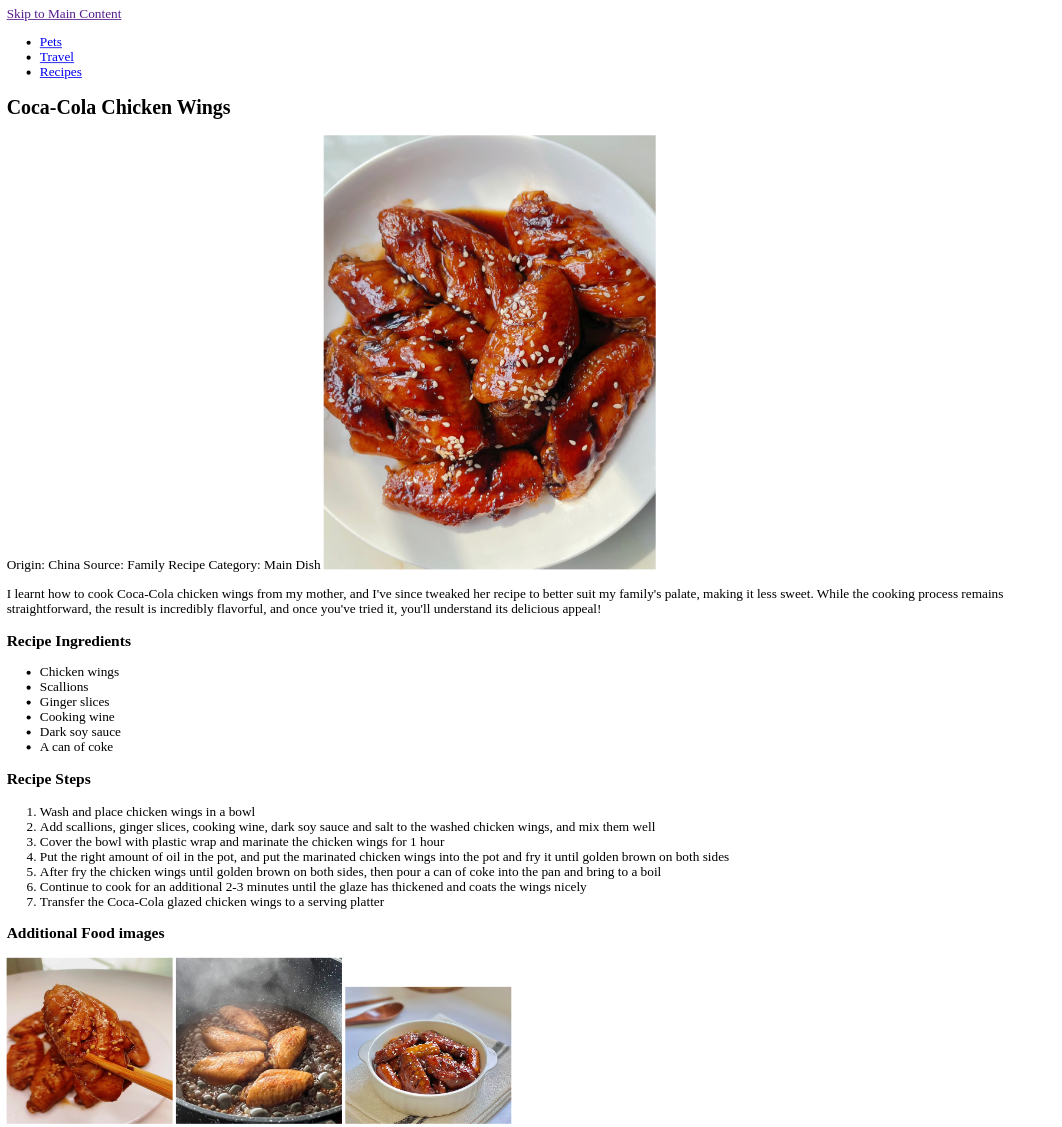
Repository: lulyany/starter_html
Page: recipes.html
These files come from the project's save history. The page is drawn as it stood at one moment and after a run of saves; the edit follows.
The browser window is 1280 px wide. The pictures show the part of the page from y = 0 to 1358 px (the page is 2469 px tall), at 83% of full size.
A picture or video elsewhere on the page could not be fetched, so the positions and the page height are approximate.

Above is the page before, as saved 2023-09-16 00:45:03.

### recipes.html
<!DOCTYPE html>
<html lang="en">
<head>
    <meta charset="UTF-8">
    <meta name="viewport" content="width=device-width, initial-scale=1.0">
    <title>Recipes</title>
</head>
<body>
    <header>
        <a href="">Skip to Main Content</a>
        <nav>
            <ul>
                <li>
                    <a href="index.html">Pets</a>
                </li>
                <li>
                    <a href="travel.html">Travel</a>
                </li>
                <li>
                    <a href="recipes.html">Recipes</a>
                </li>
            </ul>
        </nav>
        </header>

    <main>
        <div>
            <h2>Coca-Cola Chicken Wings</h2>
            <span>Origin: China</span>
            <span>Source: Family Recipe</span>
            <span>Category: Main Dish</span>

            <img src="images/coca_cola_chicken_wings.jpg" width = "400" alt="Chicken wings.">
            <p>I learnt how to cook Coca-Cola chicken wings from my mother, and I've since tweaked her recipe to better suit my family's palate, making it less sweet. While the cooking process remains straightforward, the result is incredibly flavorful, and once you've tried it, you'll understand its delicious appeal!</p>
            <h3>Recipe Ingredients</h3>
            <ul>
                <li>Chicken wings</li>
                <li>Scallions</li>
                <li>Ginger slices</li>
                <li>Cooking wine</li>
                <li>Dark soy sauce</li>
                <li>A can of coke</li>
            </ul>

            <h3>Recipe Steps</h3>
            <ol>
                <li>Wash and place chicken wings in a bowl</li>
                <li>Add scallions, ginger slices, cooking wine, dark soy sauce and salt to the washed chicken wings, and mix them well</li>
                <li>Cover the bowl with plastic wrap and marinate the chicken wings for 1 hour</li>
                <li>Put the right amount of oil in the pot, and put the marinated chicken wings into the pot and fry it until golden brown on both sides</li>
                <li>After fry the chicken wings until golden brown on both sides, then pour a can of coke into the pan and bring to a boil</li>
                <li>Continue to cook for an additional 2-3 minutes until the glaze has thickened and coats the wings nicely</li>
                <li>Transfer the Coca-Cola glazed chicken wings to a serving platter</li>
            </ol>

            <h3>Additional Food images</h3>
            <img src="images/chicken_wings_chopsticks.jpg" width = "200" height="200" alt="A chicken wing picked up by chopsticks">
            <img src="images/boils_in_coke.jpg" width = "200" height="200" alt="Chicken wings boiled in coke">
            <img src="images/chicken-wings_and_rice_cake.jpg" width = "200" alt="Coca-cola chicken wings served with rice cake">

        </div>

        <div>

        </div>

    <div>
        <h2>Double Chocolate Cookies</h2>
        <span>Origin: Michigan</span>
        <span>Source: Family Recipe</span>
        <span>Category: Dessert</span>

        <img src="images/double_chocolate_cookies.png" width = "400" alt="">
        <p>My daughter learned to make these cookies at a baking camp at Zingermanns and has tweaked the recipe to fit the taste buds of her siblings.  They are extremely sugary so the salt helps to balance it.  Note, these cookies are best eaten very quickly.</p>
        <h3>Recipe Ingredients</h3>
        <ul>
            <li>Unsalted butter</li>
            <li>Granulated Sugar</li>
            <li>Packed light or dark brown sugar</li>
            <li>Large egg</li>
            <li>Pure vanilla extract</li>
            <li>Semi-sweet chocolate chunks (melted)</li>
            <li>All-purpose flour</li>
            <li>Natural unsweetened cocoa powder</li>
            <li>Baking soda</li>
            <li>Salt</li>
            <li>Semi-sweet chocolate chunks</li>
        </ul>

        <h3>Recipe Steps</h3>
        <ol>
            <li>In a mixing bowl cream together the butter, granulated sugar, and brown sugar</li>
            <li>Add the egg and vanilla extract and beat well</li>
            <li>Add the melted chocolate</li>
            <li>In a separate bowl combine the flour, baking soda, cocoa powder and salt</li>
            <li>Combine the wet and dry ingredients</li>
            <li>Add the unmelted chocolate chunks.</li>
            <li>Form 15 cookies and place on a baking sheet.</li>
            <li>Cook for 12 to 13 minutes at 350 degrees.</li>
        </ol>

        <h3>Additional Food images</h3>
        <img src="images/double_chocolate_chips.png" width = "200" alt="A small pile of chocolate chips">
        <img src="https://images.immediate.co.uk/production/volatile/sites/30/2020/08/chocolate-d9ba778.jpg?quality=90&webp=true&resize=600,545" width = "200" alt="Chocolate melting in a boiler">
        <img src="https://upload.wikimedia.org/wikipedia/commons/8/82/Brown_sugar_examples.JPG" width = "200" alt="Brown sugar in three different shades of darkness">

        <!-- Colleen van Lent -->

    </div>

    </main>
</body>
</html>

After the next 4 saves:
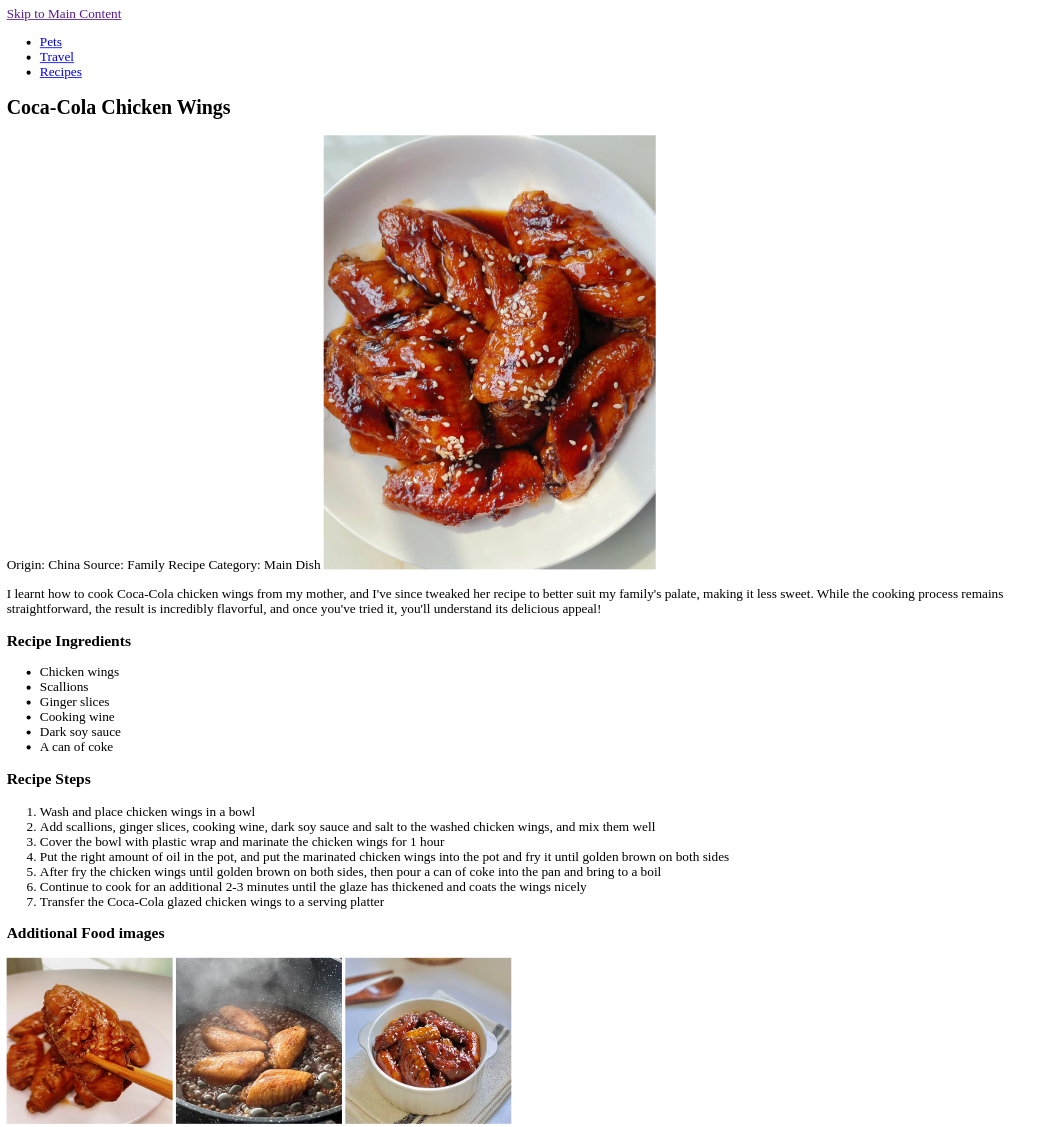
The 4 saves are shown as one change because they came seconds apart.
The last was saved 10 s later.
--- a/recipes.html
+++ b/recipes.html
@@ -56,7 +56,7 @@
             <h3>Additional Food images</h3>
             <img src="images/chicken_wings_chopsticks.jpg" width = "200" height="200" alt="A chicken wing picked up by chopsticks">
             <img src="images/boils_in_coke.jpg" width = "200" height="200" alt="Chicken wings boiled in coke">
-            <img src="images/chicken-wings_and_rice_cake.jpg" width = "200" alt="Coca-cola chicken wings served with rice cake">
+            <img src="images/chicken-wings_and_rice_cake.jpg" width = "200" height="200" alt="Coca-cola chicken wings served with rice cake">
 
         </div>
 
